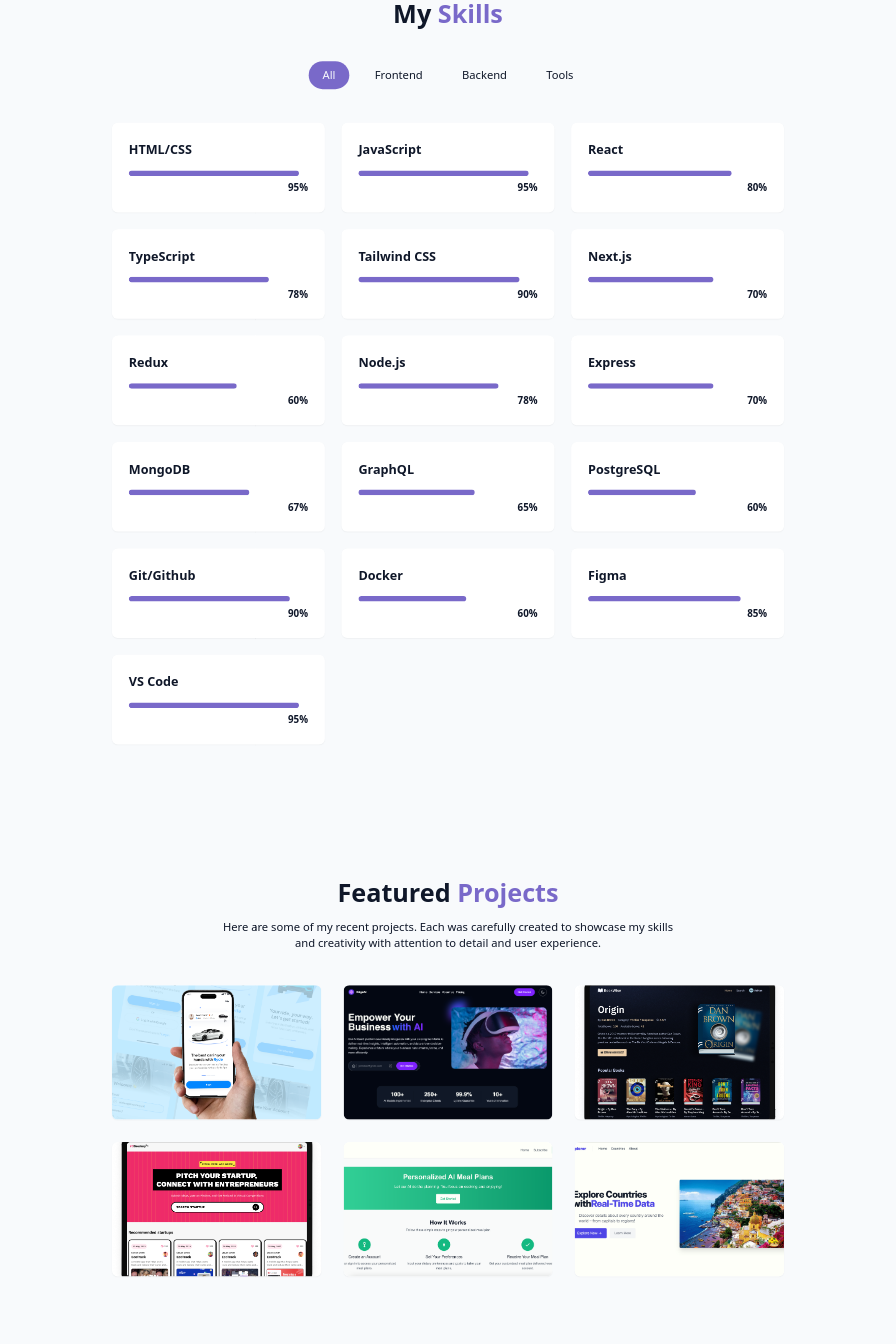
Repository: mOzariffard/Portfolio
Page: /
These files come from the project's save history. The page is drawn as it stood at one moment and after the next save; the edit follows.
The browser window is 1280 px wide. The pictures show the part of the page from y = 1648 to 3568 px (the page is 3568 px tall), at 70% of full size.
The project was rebuilt for these pictures with package versions that can differ from the ones it lists, and the page was loaded fresh each time. Also part of the build but not shown: vite.config.js, src/pages/NotFound.jsx.

Above is the page before, as saved 2025-06-29 20:25:15.

After the next save:
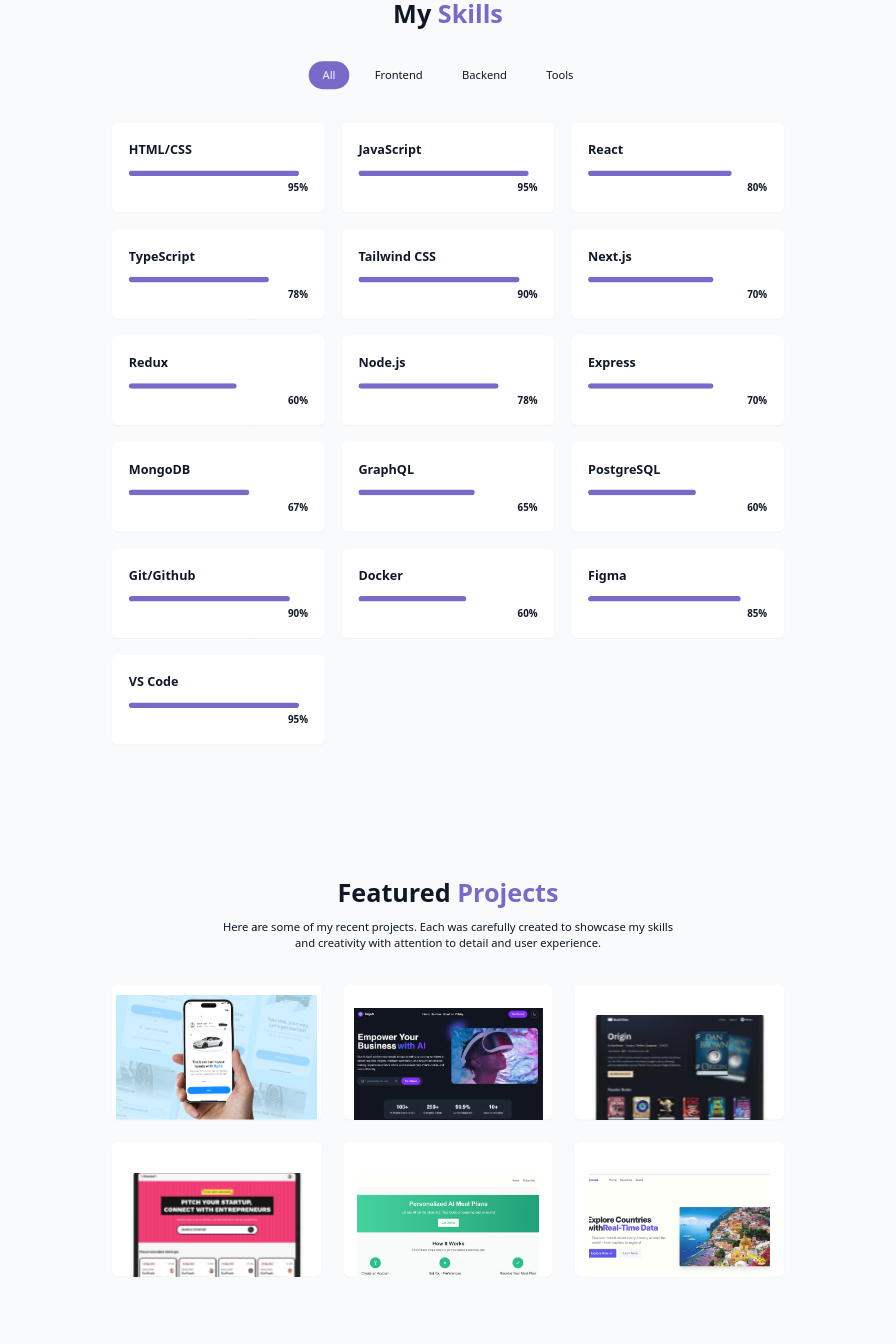
Saved 5 min 58 s later.
--- a/src/components/ProjectSection.jsx
+++ b/src/components/ProjectSection.jsx
@@ -70,7 +70,7 @@
                 opacity: 1,
                 y: 0,
                 scale: 1,
-                duration: 1,
+                duration: 10,
                 stagger: 0.2,
                 ease: "power2.out"
             }

After the save that followed:
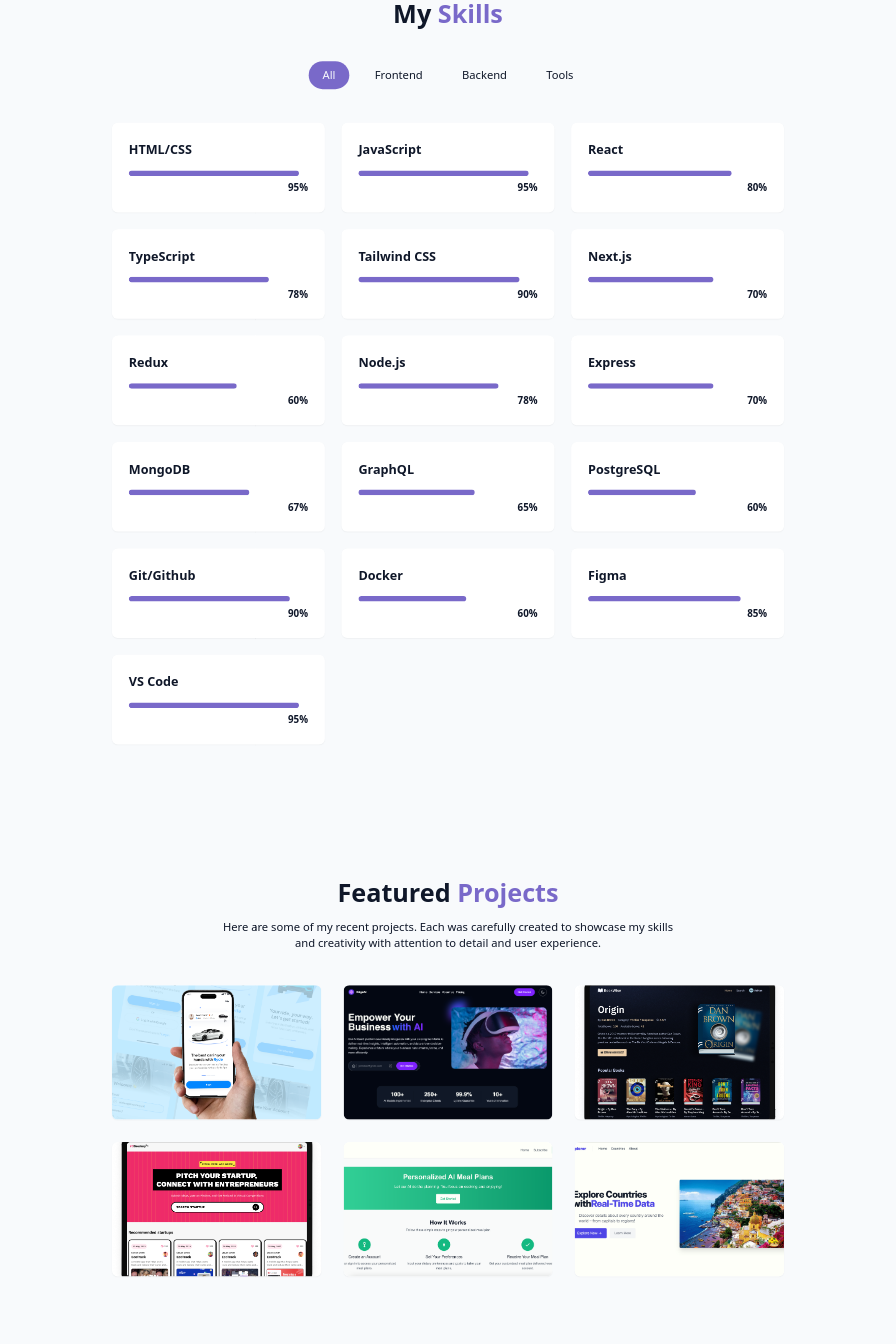
Saved 22 s later.
--- a/src/components/ProjectSection.jsx
+++ b/src/components/ProjectSection.jsx
@@ -70,7 +70,7 @@
                 opacity: 1,
                 y: 0,
                 scale: 1,
-                duration: 10,
+                duration: 1,
                 stagger: 0.2,
                 ease: "power2.out"
             }
